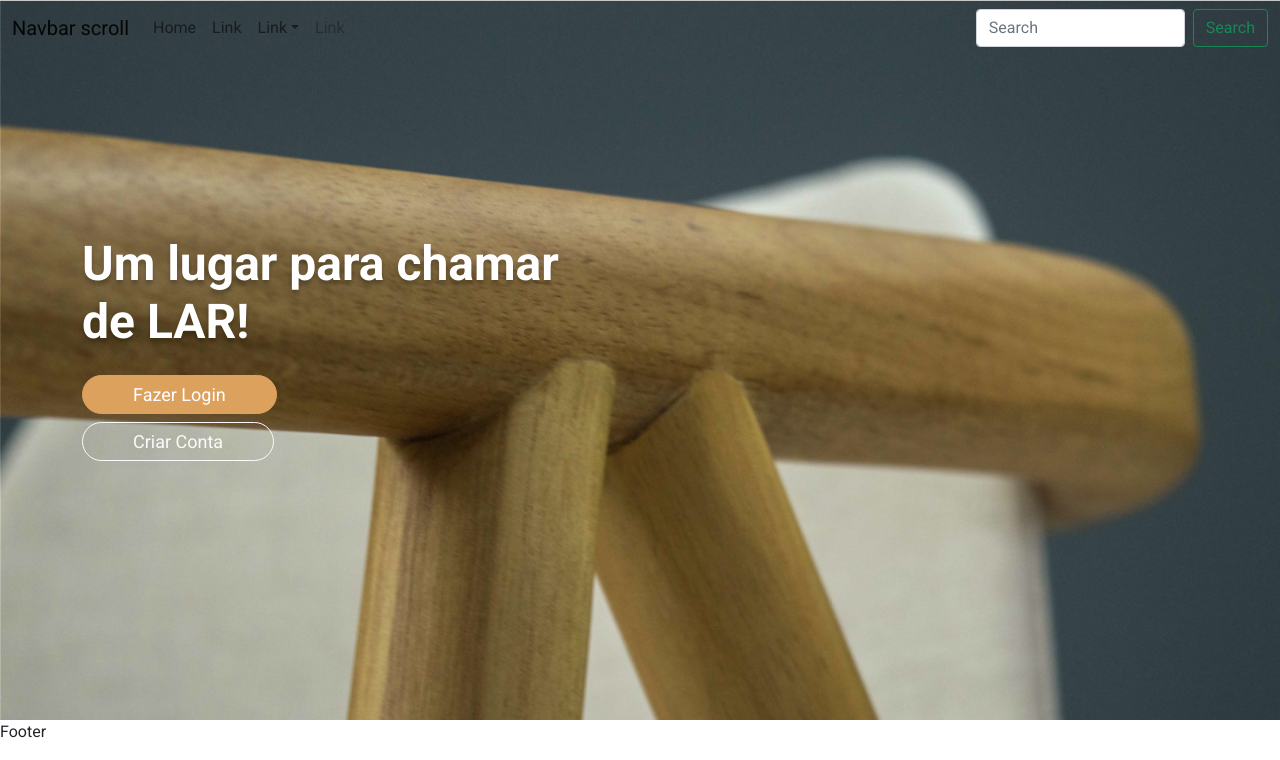
Repository: telesbp/Projeto-4-e-Projeto-5
Page: / (app in front-end/)
An editor plug-in stored every save of this project. The page is shown before and after the next save, followed by the edit.
The browser window is 1280 px wide. The pictures show the whole page.
The project was rebuilt for these pictures with package versions that can differ from the ones it lists, and the page was loaded fresh each time.

Above is the page before, as saved 2022-07-17 16:57:26.

After the next save:
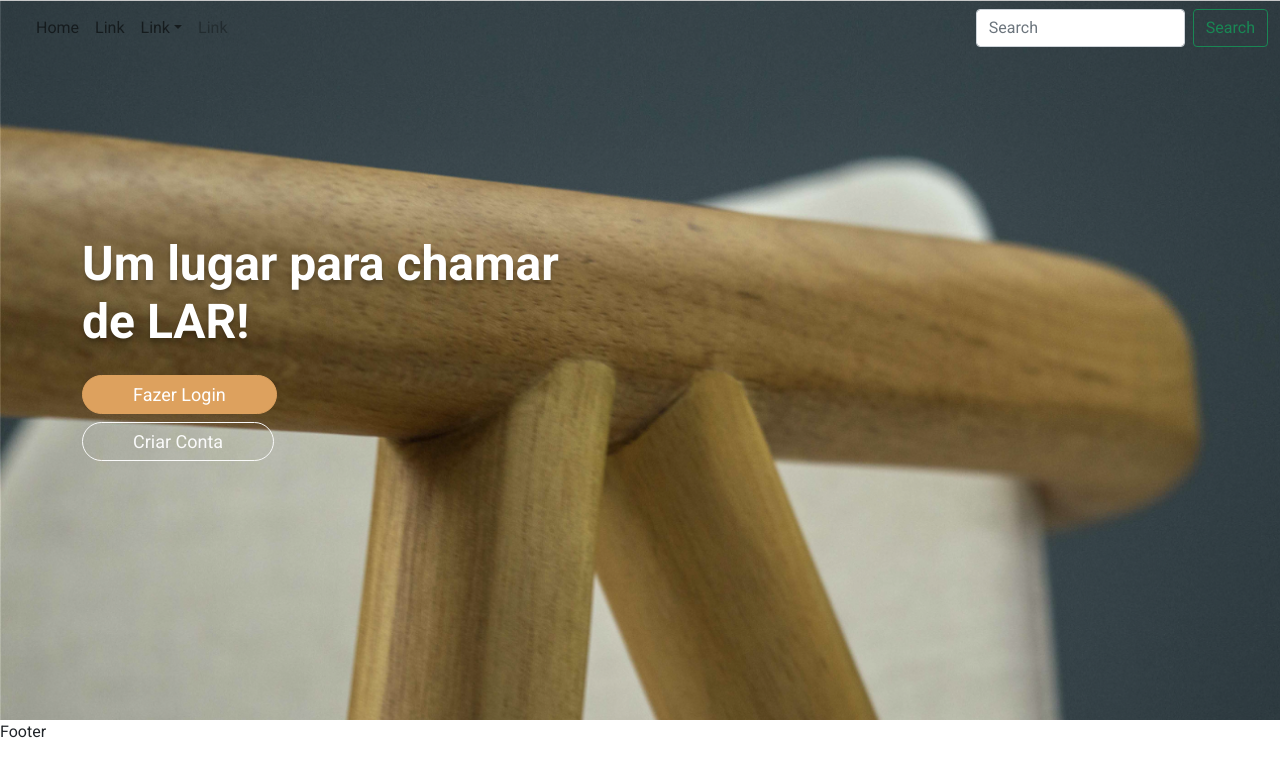
Saved 6 min 50 s later.
--- a/front-end/src/components/Layout/Header.tsx
+++ b/front-end/src/components/Layout/Header.tsx
@@ -1,10 +1,13 @@
 import { Button, Container, Form, Nav, Navbar, NavDropdown } from "react-bootstrap";
-
+import { Link } from "react-router-dom";
+import LogoBrand from "../../assets/img/logo.svg"
 export function Header() {
     return(
         <Navbar fixed="top" expand="lg">
         <Container fluid>
-          <Navbar.Brand href="#">Navbar scroll</Navbar.Brand>
+          <Navbar.Brand to="/" as={Link}>
+            <img src={LogoBrand}/>
+          </Navbar.Brand>
           <Navbar.Toggle aria-controls="navbarScroll" />
           <Navbar.Collapse id="navbarScroll">
             <Nav
